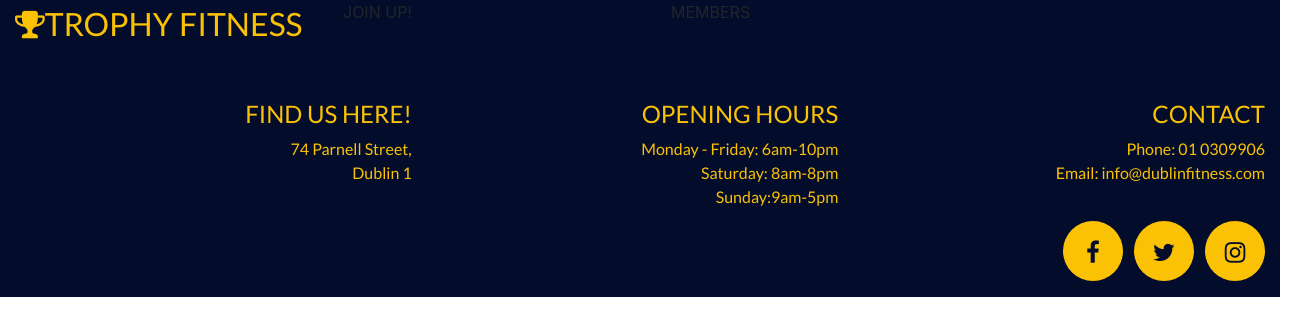
Repository: Code-Institute-Submissions/conbonbom-Milestone-project-1
Page: index.html
The author's editor kept a record of every edit. The page is drawn from the files as they stood at one moment, then again after the next edit.
The browser window is 1280 px wide. The page is 1295 px wide, so the pictures cover 1295 px, including what lies to the right of the window. The pictures show the whole page.

Above is the page before.

### index.html
<!DOCTYPE html>
<html lang="en">

<head>
    <meta charset="UTF-8">
    <meta name="viewport" content="width=device-width, initial-scale=1.0">
    <meta http-equiv="X-UA-Compatible" content="ie=edge">
    <link rel="stylesheet" href="https://stackpath.bootstrapcdn.com/bootstrap/4.3.1/css/bootstrap.min.css" type="text/css" />
    <link rel="stylesheet" href="https://stackpath.bootstrapcdn.com/font-awesome/4.7.0/css/font-awesome.min.css" type="text/css" />
    <link rel="stylesheet" href="Assets/style.css" type="text/css" />
    <title>Document</title>
</head>

<body>
    <header>
        <div class="row">
            <div class="col">
                <ul class="list-inline nav uppercase">
                    <li class="col-6 col-sm-3 list-inline-item nav-item">
                         <a href="#"><i class="fa fa-trophy"></i>Trophy Fitness
                     </a>
                    </li>
                    <li class="col-6 col-sm-3 list-inline-item nav-item">
                        Join up!
                        </a>
                    </li>
                    <li class="col-6 col-sm-3 list-inline-item nav-item">
                        Members
                        </a>
                    </li>
            </div>
        </div>
    </header>
    <section>

    </section>
    <footer class="container-fluid">
        <div class="row">
            <div class="footer-section col-sm-4">
                <h4 class="uppercase">Find us here!</h3>
                    <p>74 Parnell Street,<br/>Dublin 1</p>
            </div>
            <div class="footer-section col-sm-4">
                <h4 class="uppercase general-sub">Opening Hours</h3>
                    <p>Monday - Friday: 6am-10pm <br/> Saturday: 8am-8pm<br/> Sunday:9am-5pm
                    </p>
            </div>
            <div class="footer-section col-sm-4">
                <h4 class="uppercase">Contact</h3>
                    <p>Phone: 01 0309906 <br/> Email: info@dublinfitness.com
                        <ul class="list-inline social">
                            <li class="list-inline-item">
                                <a target="_blank" href="#">
                         <i class="fa fa-facebook"></i>
                     </a>
                            </li>
                            <li class="list-inline-item">
                                <a target="_blank" href="#">
                         <i class="fa fa-twitter"></i>
                     </a>
                            </li>
                            <li class="list-inline-item">
                                <a target="_blank" href="#">
                         <i class="fa fa-instagram"></i>
                     </a>
                            </li>

                        </ul>
                        <p/>
            </div>
        </div>
    </footer>
</body>

</html>

### Assets/style.css
@import url('https://fonts.googleapis.com/css?family=Lato&display=swap:100, 200, 300, 400, 500, 600, 700');
.uppercase {
    text-transform: uppercase;
}

/*-------------header*/

header {
    background-color: #030d2b;
    height: 100px;
    font-size: 100%;

}

.nav-item a {
    font-family: 'Lato', sans-serif;
    font-size: 2em;
    color: #fac105;
    background-color: #030d2b;
}

.logo {
    font-size: 32px;
    color: white;
}

/*-------------footer*/

footer {
    font-family: 'Lato', sans-serif;
    color: #fac105;
    background-color: #030d2b;
}

.footer-section {
    text-align: right;
    font-weight: 300;

}

.social {
    padding-top: 20px;
}

.social li a i {
    width: 60px;
    height: 60px;
    padding: 24px 0;
    font-size: 24px;
    line-height: 14px;
    border-radius: 50%;
    color: #030d2b;
    background: #fac105;
    text-align: center;
    transition: all 0.5s ease-in-out;
    -moz-transition: all 0.5s ease-in-out;
    -webkit-transition: all 0.5s ease-in-out;
    -o-transition: all 0.5s ease-in-out;
}

.social li a i:hover {
    color: #fac105;
    background: #030d2b;
}

After the next edit:
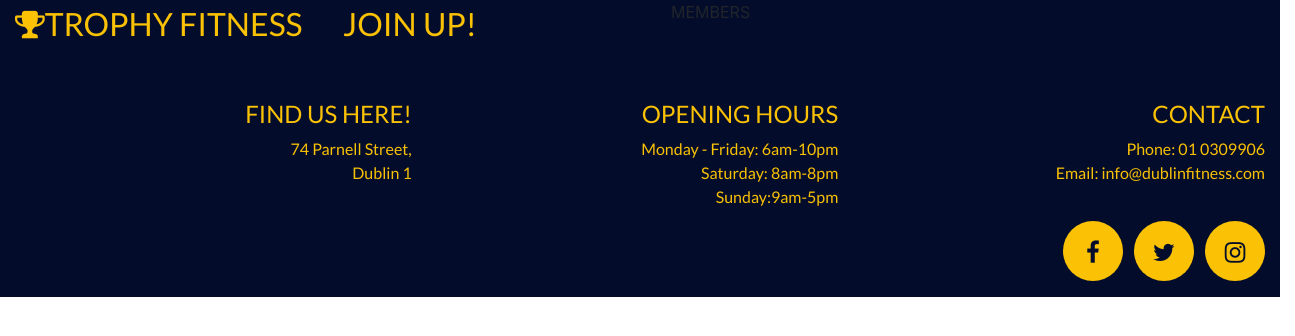
The edit:
--- a/index.html
+++ b/index.html
@@ -21,6 +21,7 @@
                      </a>
                     </li>
                     <li class="col-6 col-sm-3 list-inline-item nav-item">
+                        <a href="#">
                         Join up!
                         </a>
                     </li>
